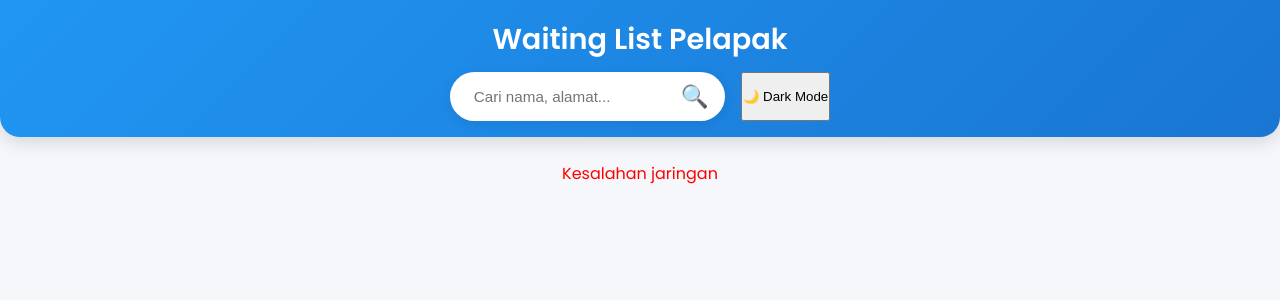
Repository: pasarrakyatbak/WaitingListforPanitia
Page: index.html
These files come from the project's save history. The page is drawn as it stood at one moment and after the next save; the edit follows.
The browser window is 1280 px wide. The pictures show the whole page.
The page's requests for data from a server got no answer.

Above is the page before, as saved 2025-09-25 16:30:44.

After the next save:
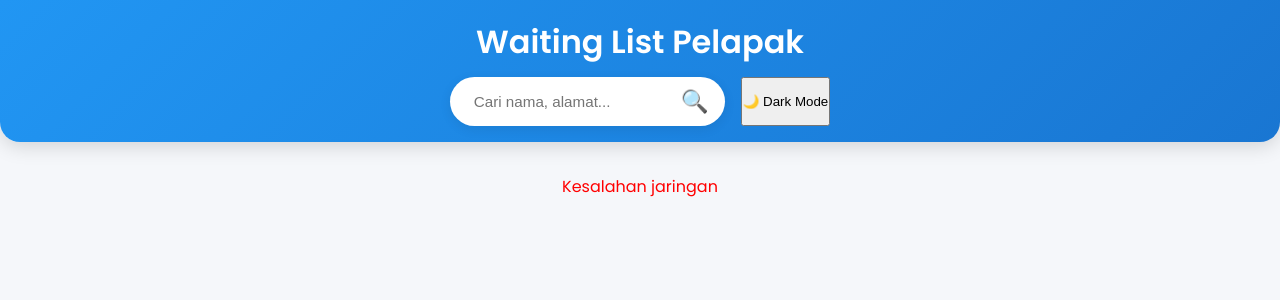
Saved 34 s later.
--- a/style.css
+++ b/style.css
@@ -447,3 +447,89 @@ body.dark .card.done .status {
     background: #66bb6a;
     color: #fff;
 }
+
+/* 📱 Responsif */
+
+/* Mobile kecil */
+@media (max-width: 480px) {
+    .app-bar h1 {
+        font-size: 1.4rem;
+    }
+
+    .header-actions {
+        flex-direction: column;
+        gap: 0.5rem;
+    }
+
+    .search-container {
+        padding: 0.4rem 0.8rem;
+    }
+
+    .search-container input {
+        font-size: 0.85rem;
+    }
+
+    .card {
+        padding: 1rem;
+    }
+
+    .card .title {
+        font-size: 1.2rem;
+    }
+
+    .card .subtitle {
+        font-size: 0.85rem;
+    }
+
+    .btn {
+        font-size: 0.8rem;
+        padding: 0.5rem;
+    }
+
+    .modal-content {
+        padding: 1.2rem;
+    }
+}
+
+/* Tablet */
+@media (max-width: 768px) {
+    .app-bar h1 {
+        font-size: 1.6rem;
+    }
+
+    .grid {
+        grid-template-columns: repeat(auto-fit, minmax(200px, 1fr));
+        gap: 1rem;
+        padding: 1rem;
+    }
+
+    .card {
+        padding: 1.2rem;
+    }
+
+    .pagination {
+        gap: 0.3rem;
+    }
+
+    .pagination button {
+        padding: 0.4rem 0.8rem;
+        font-size: 0.85rem;
+    }
+}
+
+/* Laptop / Desktop */
+@media (min-width: 1024px) {
+    .app-bar h1 {
+        font-size: 2rem;
+    }
+
+    .grid {
+        grid-template-columns: repeat(auto-fit, minmax(280px, 1fr));
+        gap: 2rem;
+        padding: 2rem;
+    }
+
+    .card {
+        padding: 1.8rem;
+    }
+}
